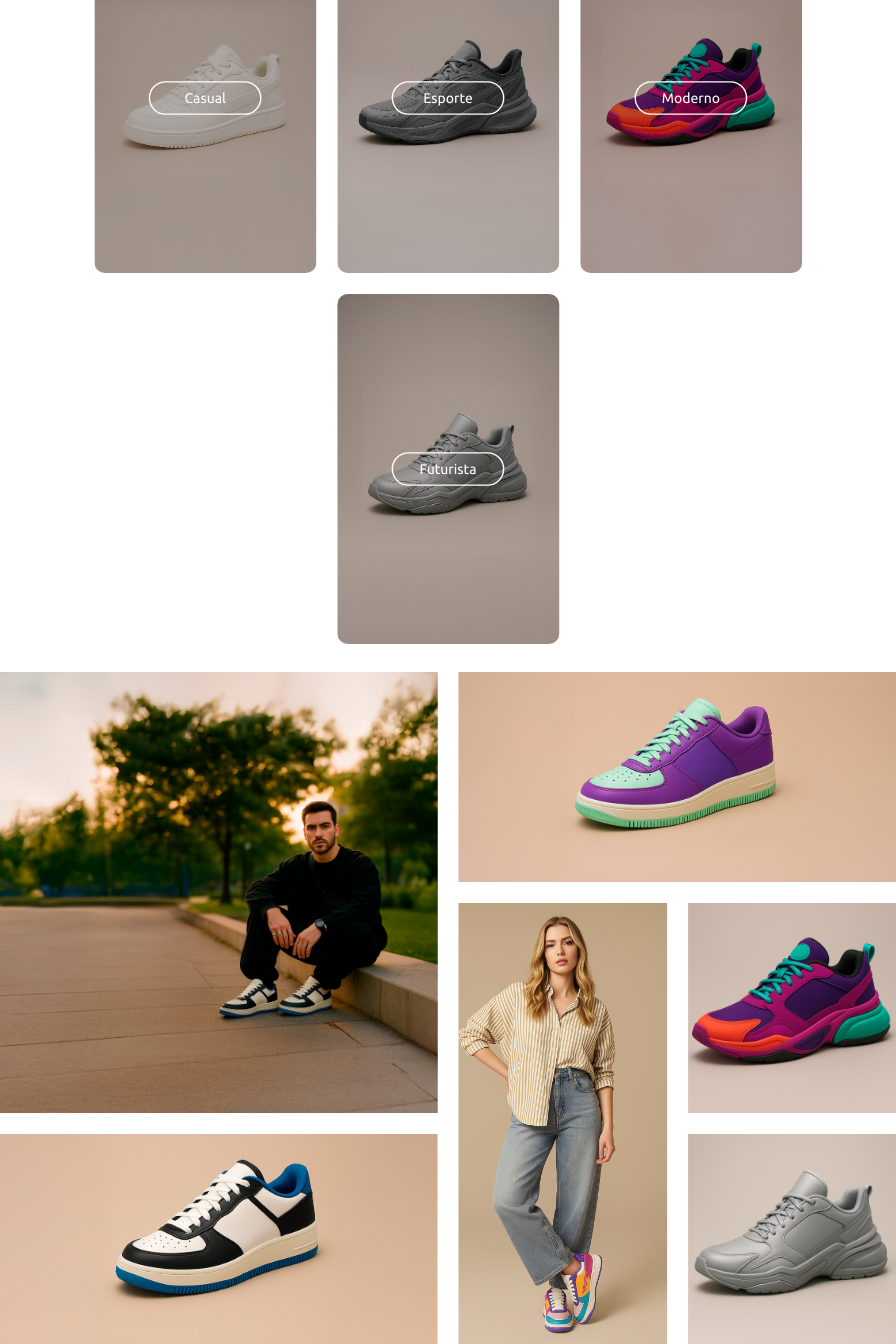
Repository: caique2512/ecommerce-syntaxwear
Page: index.html
These files come from the project's save history. The page is drawn as it stood at one moment and after the next save; the edit follows.
The browser window is 1280 px wide. The pictures show the part of the page from y = 690 to 2610 px (the page is 2610 px tall), at 70% of full size.

Above is the page before, as saved 2026-02-20 19:11:30.

After the next save:
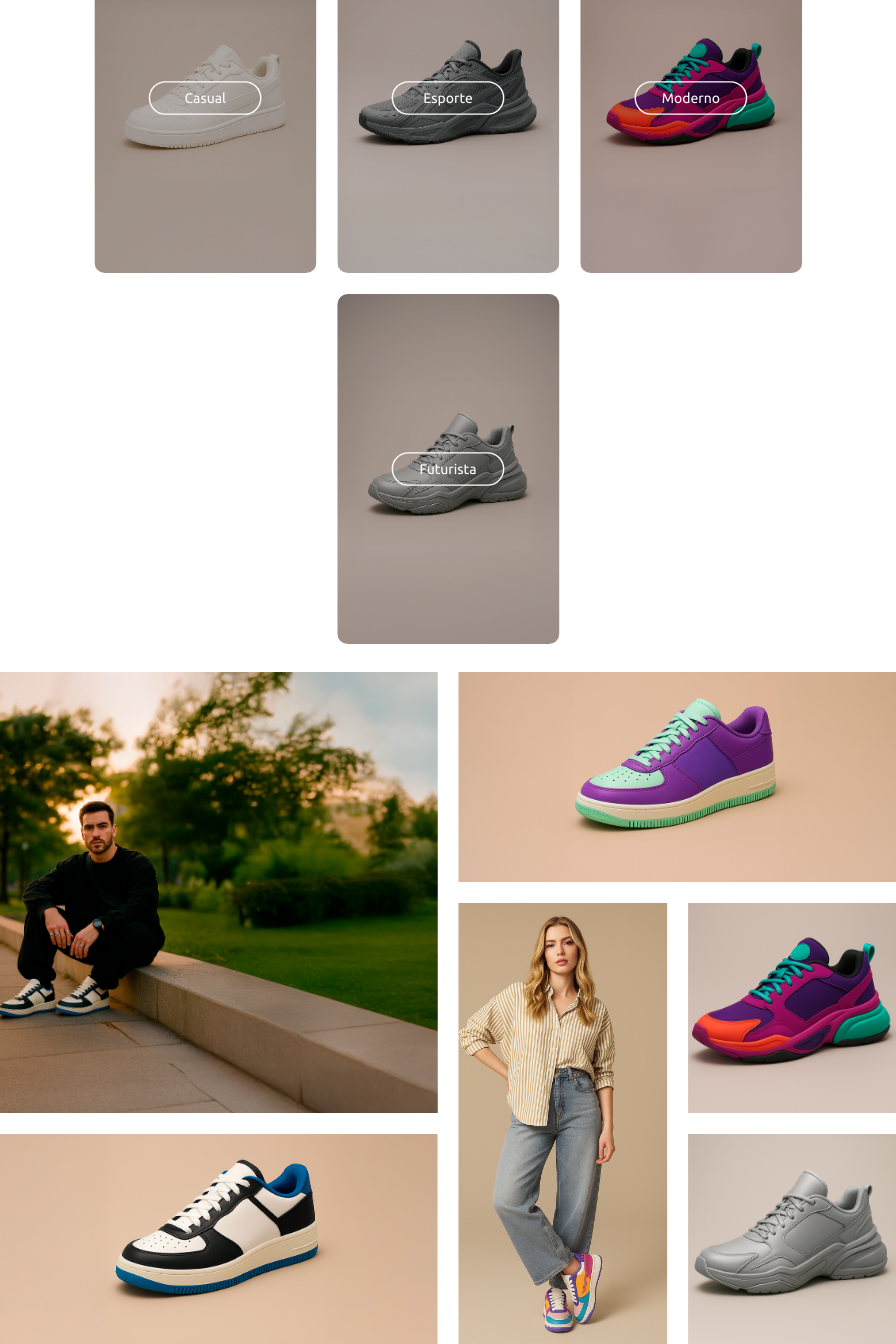
Saved 8 min 11 s later.
--- a/css/components/product-grid.css
+++ b/css/components/product-grid.css
@@ -1,7 +1,7 @@
 .top1 {
     grid-area: top1;
     background: url(../../images/products/modelo-homem.jpg);
-    background-position: left;
+    background-position: center;
     background-size: cover;
     background-repeat: no-repeat;
 }
